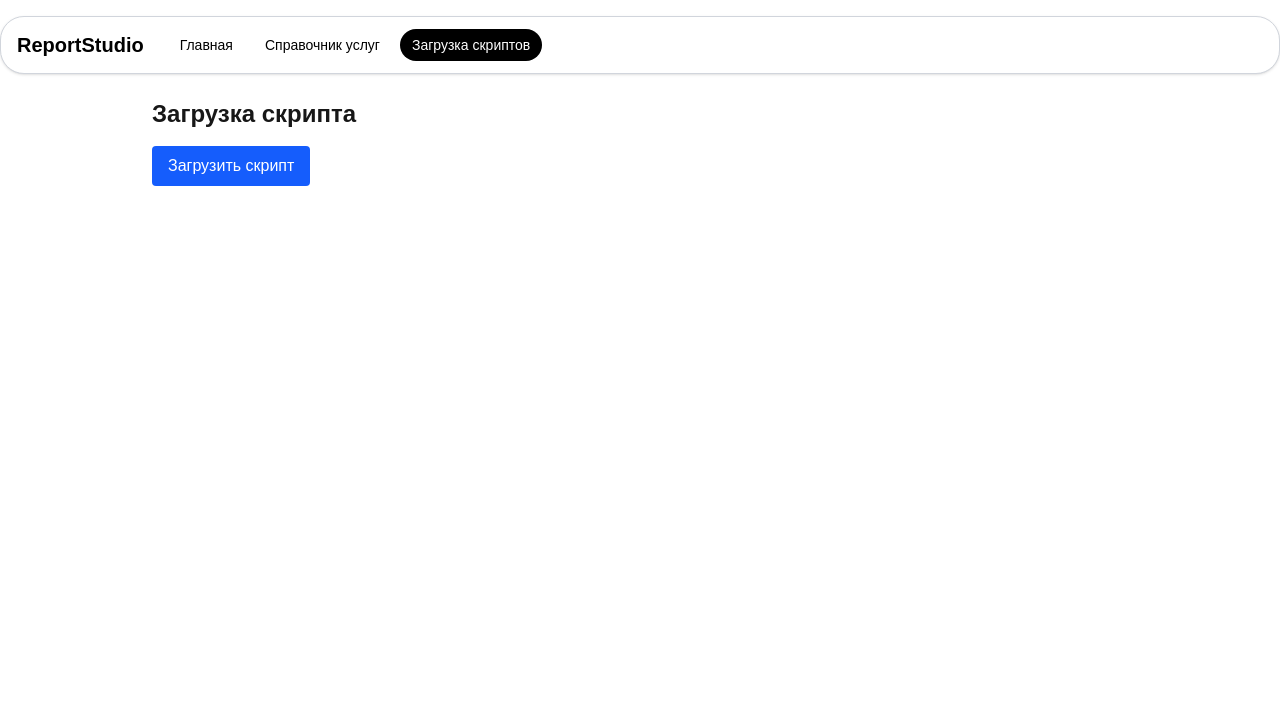
Repository: vladzap2423/report_studio_v2
Page: /load
The author's editor kept a copy of each file at every save. The page is drawn from the files as they stood at one save, then again after the next save.
The browser window is 1280 px wide. The pictures show the whole page.
The project was rebuilt for these pictures with package versions that can differ from the ones it lists, and the page was loaded fresh each time. The framework's server and built-in components were replaced by stand-ins that run in the browser. Also part of the build but not shown: next.config.ts.

Above is the page before, as saved 2026-03-16 15:59:05.

After the next save:
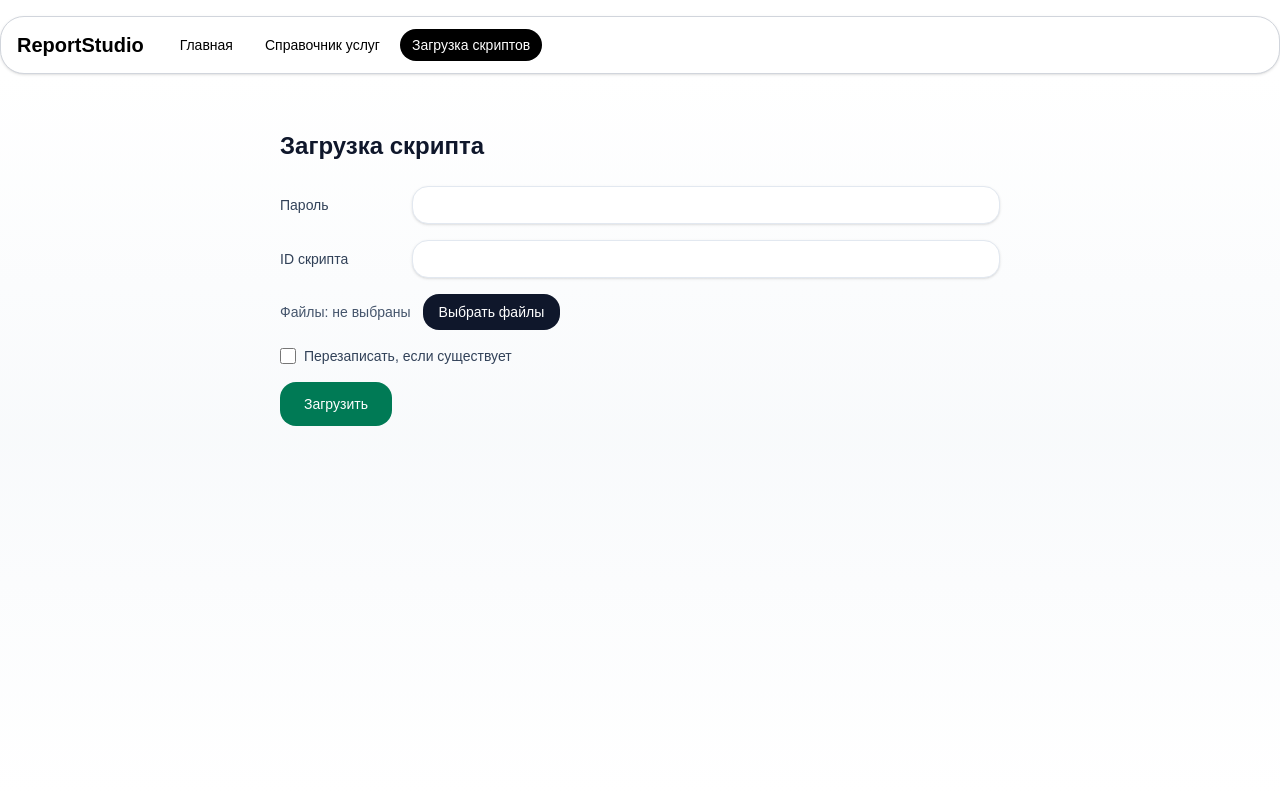
Saved 14 s later.
--- a/src/app/load/page.tsx
+++ b/src/app/load/page.tsx
@@ -1,40 +1,128 @@
-// src/app/load/page.tsx
 "use client";
 
-import { useState } from "react";
+import { useState, useRef, useCallback } from "react";
 
 export default function LoadPage() {
+  const [password, setPassword] = useState("");
+  const [id, setId] = useState("");
+  const [files, setFiles] = useState<File[]>([]);
+  const [overwrite, setOverwrite] = useState(false);
+  const [error, setError] = useState<string | null>(null);
+  const [success, setSuccess] = useState<string | null>(null);
   const [loading, setLoading] = useState(false);
-  const [status, setStatus] = useState<string>("");
 
-  const handleLoad = async () => {
+  const inputRef = useRef<HTMLInputElement | null>(null);
+
+  const onPickClick = useCallback(() => {
+    inputRef.current?.click();
+  }, []);
+
+  const handlePicked = useCallback((picked: File[]) => {
+    setFiles(picked);
+  }, []);
+
+  const uploadScripts = useCallback(async () => {
+    setError(null);
+    setSuccess(null);
+
+    if (!files.length) return setError("Выберите файлы скрипта.");
+    if (!id.trim()) return setError("Укажите ID скрипта.");
+    if (password !== "Zx44tfW") return setError("Неверный пароль.");
+
     setLoading(true);
-    setStatus("Загрузка...");
+    try {
+      const fd = new FormData();
+      fd.append("scriptId", id.trim());
+      fd.append("password", password);
+      if (overwrite) fd.append("overwrite", "1");
+      for (const f of files) fd.append("files", f, (f as any).webkitRelativePath || f.name);
 
-    try {
-      const res = await fetch("/api/load-script", { method: "POST" });
-      if (!res.ok) throw new Error("Ошибка загрузки");
+      const res = await fetch("/api/scripts/upload", { method: "POST", body: fd });
+      if (!res.ok) throw new Error(`HTTP ${res.status}`);
 
-      setStatus("Скрипт успешно загружен");
-    } catch (err) {
-      console.error(err);
-      setStatus("Ошибка при загрузке скрипта");
+      setSuccess("Скрипт загружен.");
+      setFiles([]);
+      setId("");
+      setPassword("");
+      if (inputRef.current) inputRef.current.value = "";
+    } catch {
+      setError("Не удалось загрузить скрипт.");
     } finally {
       setLoading(false);
     }
-  };
+  }, [files, id, password, overwrite]);
 
   return (
-    <div className="p-6 max-w-screen-lg mx-auto">
-      <h1 className="text-2xl font-bold mb-4">Загрузка скрипта</h1>
-      <button
-        onClick={handleLoad}
-        disabled={loading}
-        className="px-4 py-2 rounded bg-blue-600 text-white hover:bg-blue-700 disabled:opacity-50"
-      >
-        {loading ? "Загрузка..." : "Загрузить скрипт"}
-      </button>
-      {status && <p className="mt-4 text-gray-700">{status}</p>}
-    </div>
+    <main className="min-h-screen bg-gradient-to-b from-white via-slate-50 to-white">
+      <div className="mx-auto max-w-3xl px-6 py-14">
+        <h1 className="text-2xl font-semibold text-slate-900 mb-6">Загрузка скрипта</h1>
+
+        <div className="grid gap-3 sm:grid-cols-[120px_1fr] sm:items-center mb-4">
+          <label className="text-sm font-medium text-slate-700">Пароль</label>
+          <input
+            type="password"
+            value={password}
+            onChange={(e) => setPassword(e.target.value)}
+            className="w-full rounded-2xl border border-slate-200 bg-white px-4 py-2 text-sm text-slate-900 shadow-sm focus:outline-none focus:ring-4 focus:ring-slate-200"
+          />
+        </div>
+
+        <div className="grid gap-3 sm:grid-cols-[120px_1fr] sm:items-center mb-4">
+          <label className="text-sm font-medium text-slate-700">ID скрипта</label>
+          <input
+            type="text"
+            value={id}
+            onChange={(e) => setId(e.target.value)}
+            className="w-full rounded-2xl border border-slate-200 bg-white px-4 py-2 text-sm text-slate-900 shadow-sm focus:outline-none focus:ring-4 focus:ring-slate-200"
+          />
+        </div>
+
+        <div className="flex flex-wrap items-center gap-3 mb-4 text-sm text-slate-600">
+          <div>Файлы: {files.length ? `${files.length} шт.` : "не выбраны"}</div>
+          <button
+            type="button"
+            onClick={onPickClick}
+            className="rounded-2xl bg-slate-900 px-4 py-2 text-white hover:bg-slate-800"
+          >
+            Выбрать файлы
+          </button>
+          <input
+            ref={inputRef}
+            type="file"
+            webkitdirectory="true"
+            multiple
+            className="hidden"
+            onChange={(e) => {
+              const picked = Array.from(e.target.files || []);
+              if (!picked.length) return;
+              handlePicked(picked);
+            }}
+          />
+        </div>
+
+        <div className="flex items-center gap-2 mb-4">
+          <input
+            type="checkbox"
+            checked={overwrite}
+            onChange={(e) => setOverwrite(e.target.checked)}
+            id="overwrite"
+            className="w-4 h-4 rounded border-slate-300 text-slate-900 focus:ring-slate-200"
+          />
+          <label htmlFor="overwrite" className="text-sm text-slate-700">Перезаписать, если существует</label>
+        </div>
+
+        {error && <div className="mb-4 rounded-2xl border border-rose-200 bg-rose-50 px-4 py-3 text-sm text-rose-700">{error}</div>}
+        {success && <div className="mb-4 rounded-2xl border border-emerald-200 bg-emerald-50 px-4 py-3 text-sm text-emerald-700">{success}</div>}
+
+        <button
+          type="button"
+          onClick={uploadScripts}
+          disabled={loading}
+          className="rounded-2xl bg-emerald-700 px-6 py-3 text-white text-sm font-medium hover:bg-emerald-600 disabled:opacity-50"
+        >
+          {loading ? "Загрузка..." : "Загрузить"}
+        </button>
+      </div>
+    </main>
   );
 }
